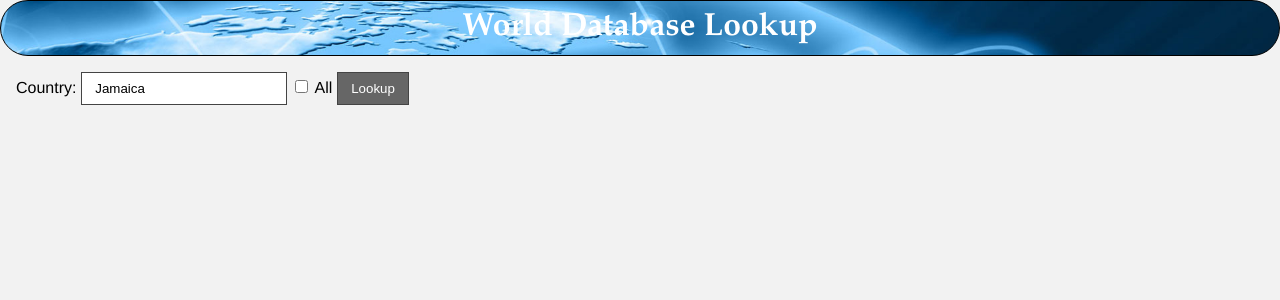
Repository: zBraVo17/info2180-lab7
Page: index.html
The author's editor kept a record of every edit. The page is drawn from the files as they stood at one moment, then again after the next edit.
The browser window is 1280 px wide. The pictures show the whole page.
Some web libraries are served in a nearby version.

Above is the page before.

### index.html
<!DOCTYPE html>
<html>
	<head>
        <meta charset="utf-8">
		<title>World Database Lookup</title>

		<!-- you can modify this as needed or to your preference -->
		<link href="world.css" type="text/css" rel="stylesheet" />

		<script src="https://code.jquery.com/jquery-3.1.1.min.js"></script>

		<!-- you write this -->
		<script src="world.js" type="text/javascript"></script>
	</head>

	<body>
		<h1>World Database Lookup</h1>

		<div id="controls">
			<label for="country">Country:</label>
			<input id="country" type="text" name="country" value="Jamaica" />
			<button id="lookup">Lookup</button>
		</div>

		<div id="result">
			<!-- countries will appear here -->
		</div>

	</body>
</html>

### world.css
body{
    padding: 0;
    margin: 0;
    font-size: 16px;
    font-family: Helvetica, Arial, sans-serif;
    background-color: #f2f2f2;
}
.error{
    padding: 5px 0;
    color: red;
    border-radius: 4px;
}
button{
    display: inline-block;
    background: #666666;
    color: #fff;
}

button,input#country{
    border: 1px solid #444;
    padding: 8px 1em;
}
h1{

    background-image: url('Global-Banner.jpg');
    background-size: cover;
    background-repeat: no-repeat;
    font-family: Palatino;
    border-style: solid;
    border-width: thin;
    border-color: #000;
    border-radius: 40px;
    text-align: center;
    color: #fff;
    margin: 0;
    padding: 8px 16px;
}
#controls, #result{
    margin: 1em;
}
ul{
    list-style: none;
    padding: 0;
}
ul li{
    margin-bottom: 8px;
}

### world.js
/* global $*/

function getCountry(countr) {
    // jquery $.get
    $.get('world.php', countr, addResult);
}

function addResult(results) {
    document.getElementById('result').innerHTML = results;
}

document.addEventListener('DOMContentLoaded', function() {

    // jquery .before
    $('#lookup').before('<input type="checkbox" name="all" value="true" id="allResult"> All ');

    document.getElementById('lookup').addEventListener('click', function() {
        var country = document.getElementById('country').value;
        var all = document.getElementById('allResult').checked;
        var countr;

        if ( all )
            countr = {all: true};
        else
            countr = {country: country};

        getCountry(countr);
    });
});

After the next edit:
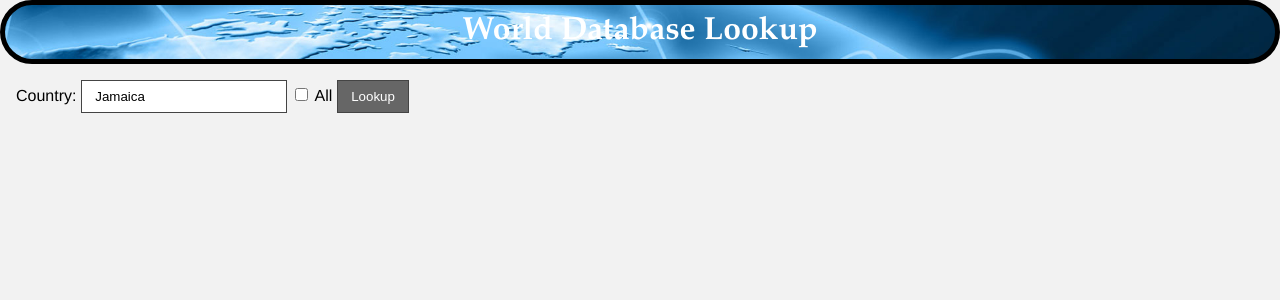
The edit:
--- a/world.css
+++ b/world.css
@@ -27,7 +27,7 @@
     background-repeat: no-repeat;
     font-family: Palatino;
     border-style: solid;
-    border-width: thin;
+    border-width: thick;
     border-color: #000;
     border-radius: 40px;
     text-align: center;
